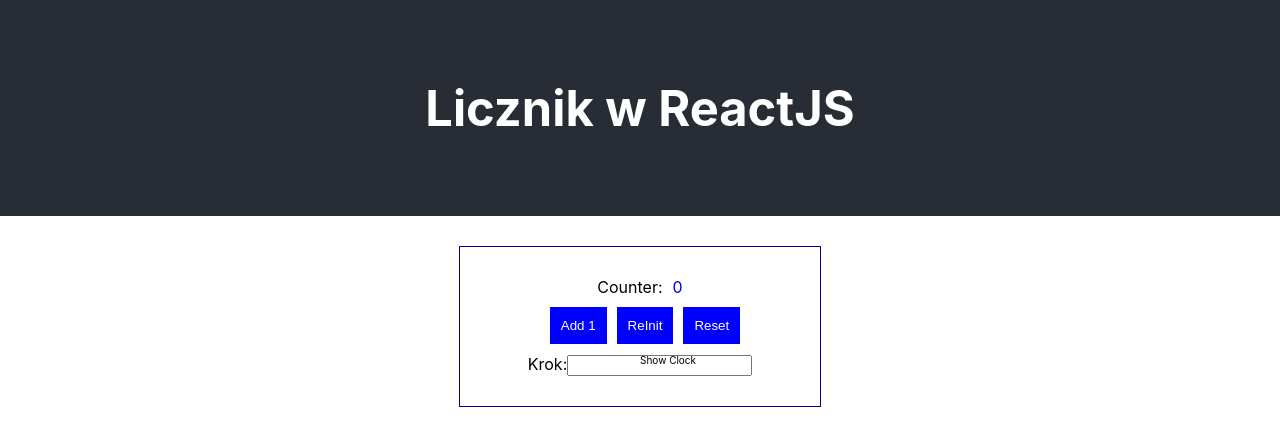
Repository: magdaf41/react-counter-app
Page: /
An editor plug-in stored every save of this project. The page is shown before and after the next save, followed by the edit.
The browser window is 1280 px wide. The pictures show the whole page.
The project was rebuilt for these pictures with package versions that can differ from the ones it lists, and the page was loaded fresh each time. Also part of the build but not shown: src/Clock.js.

Above is the page before, as saved 2020-10-06 21:09:14.

### src/App.js
import React from 'react';
import './App.css';

import Counter from  './Counter';

function App() {
  return (
    <div className="App">
      <header className="App-header">
        <h1>Licznik w ReactJS</h1>
      </header>
      <Counter initValue={0}>
      </Counter>

    </div>
  );

}
export default App;

### src/Counter.js
import React, { Component } from 'react';
import "./Counter.css";

import Display from './Display';
import ButtonsPanel from './ButtonsPanel';
import Step from './Step';
import Clock from './Clock';

// import { Component } from 'react';

class Counter extends Component {

    constructor(props) {
        super(props);

        this.state = {
            counterValue: this.props.initValue,
            showClock: false,
            stepValue: 5

        };
    }

    changeValue = (action) => {

        console.log('zmieniam wartość')



        this.setState((prevState, prevProps) => {

            let currentCounterValue = prevState.counterValue;


            if (action === 'add') {
                currentCounterValue += this.state.stepValue;
            } else if (action === 'reinit') {
                currentCounterValue = prevProps.initValue;
            } else {
                currentCounterValue = 0;
            }


            return ({
                counterValue: currentCounterValue

            });
        });

    }
    render() {

        let clockElement = '';
        if (this.state.showClock) {
            clockElement = <Clock/>;
        } else {
            clockElement = <span className="show-clock">Show Clock</span>;
        }


        return (
            <div className="counter">
                Counter:
                <Display displayValue={this.state.counterValue} />
                <ButtonsPanel buttonMethod={this.changeValue} />
                {clockElement}
                <Step />



            </div>
        );
    }
}

export default Counter;




// function Counter(props) {

//     let randomNumber = Math.floor(Math.random() * (108 - 1 + 1) + 1);

//     return (
//         <div className="counter">
//             Counter:
//             <span className="value">
//                 {props.initValue}
//             </span>
//         </div>
//     );
// }

// export default Counter;

### src/Counter.css
.counter {
    position: relative;
    border: 1px solid darkblue;
    padding: 30px;
    width: 300px;
    left: 0;
    right: 0;
    margin: 30px auto;
}

.counter span.value {
    margin-left: 10px;

}

### src/Display.js
import React from 'react';
import './Display.css';

function Display(props) {
    return(
        <span className={`value ${(props.displayValue <= 5) ? 'blue' : 'red'}`}>
            {props.displayValue}
        </span>
    );
}

export default Display;

### src/ButtonsPanel.js
import React from 'react';

import './ButtonsPanel.css'

function ButtonsPanel(props) {

    return (
        <div className="buttons-panel">
            <button onClick={() => {
                props.buttonMethod('add');
            }}>Add 1</button>
            <button onClick={() => {
                props.buttonMethod('reinit');
            }}>ReInit</button>
            <button onClick={() => {
                props.buttonMethod('reset');
            }}>Reset</button>
        </div>
    );
}

export default ButtonsPanel;

### src/Step.js

import React, { Component } from 'react';


class Step extends Component {

    constructor(props) {
        super(props);

        this.state = 5;

    }

    render() {
        return (
            <div>
                Krok:
                <input ref={(data) => { this._inputStep = data }} type="number" />
            </div>


        )
    }
}

export default Step;

### src/ButtonsPanel.css
button {
    margin: 10px 0 10px 10px;
    padding: 10px;
    background-color: blue;
    color: white;
    border: 1px solid blue;
    outline: 0;
}

button:hover {
    background-color: darkblue;
    border: 1px solid darkblue;
    cursor: pointer;
    outline: 0;
}

### src/Clock.css
.clock {
    position: absolute;
    bottom: 5px;
    right: 5px;

}

.clock h4 {
    margin: 0;
    font-size: 10px;
    font-weight: lighter;
}

.clock h4 span {
    font-weight: bold;
    color: lightcoral;
}

.clock h4 span:hover {
    text-decoration: underline;
    color: red;
    cursor: pointer;
}

.counter .show-clock {
    display: inline-block;
    position: absolute;
    bottom: 5;
    right: 5;
    font-size: 10px;

}

Loaded but not shown: public/index.html (common file); src/index.js (common file); src/index.css (common file); src/serviceWorker.js (common file); src/App.css (common file); src/Display.css (common file)

After the next save:
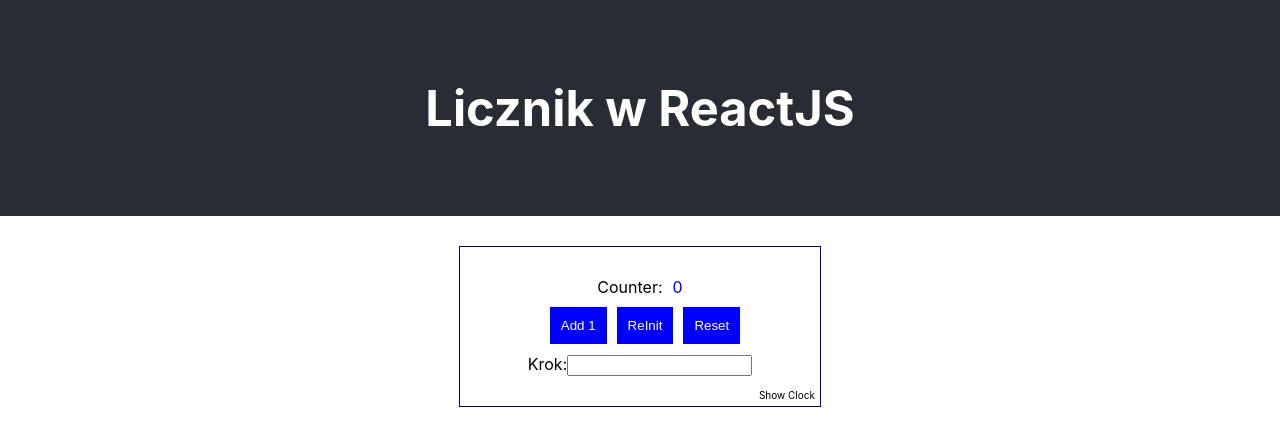
Saved 8 s later.
--- a/src/Clock.css
+++ b/src/Clock.css
@@ -25,8 +25,8 @@
 .counter .show-clock {
     display: inline-block;
     position: absolute;
-    bottom: 5;
-    right: 5;
+    bottom: 5px;
+    right: 5px;
     font-size: 10px;
 
 }
